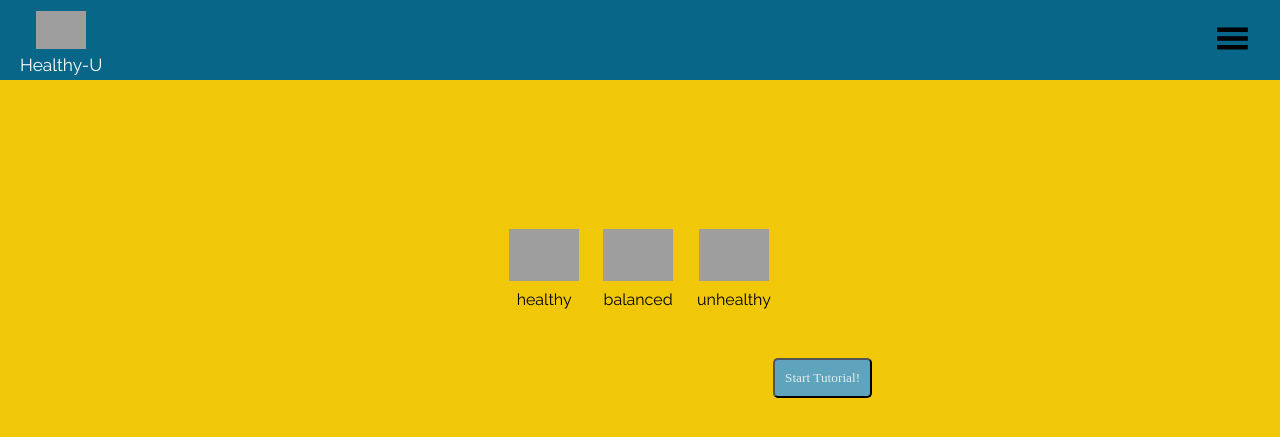
Repository: smashy09/healthy-share
Page: /InformationPage
The author's editor kept a copy of each file at every save. The page is drawn from the files as they stood at one save, then again after the next save.
The browser window is 1280 px wide. The pictures show the whole page.
Pictures or frames that could not be fetched are drawn as grey boxes. The project was rebuilt for these pictures with package versions that can differ from the ones it lists, and the page was loaded fresh each time. The framework's server and built-in components were replaced by stand-ins that run in the browser. Also part of the build but not shown: next.config.js.

Above is the page before, as saved 2020-05-14 23:50:49.

After the next save:
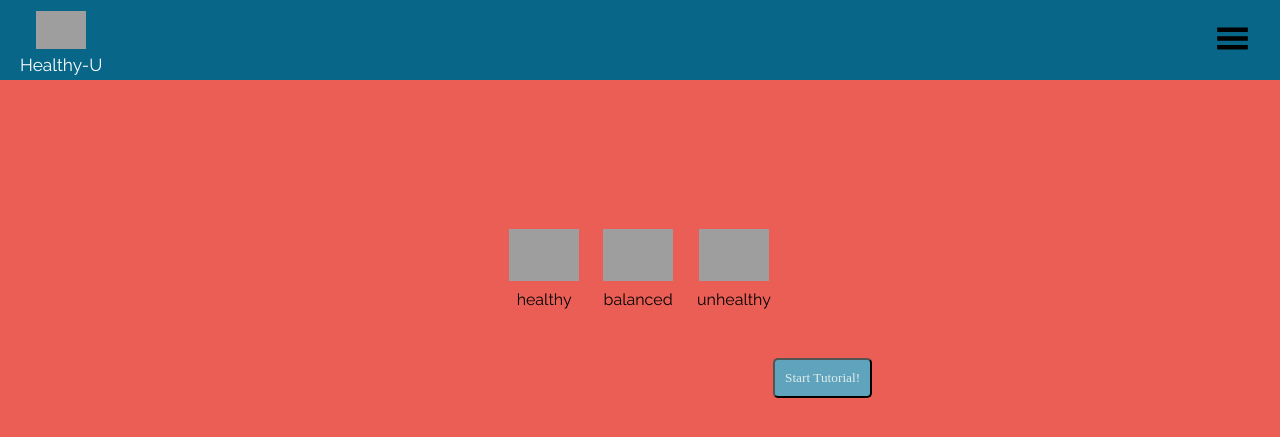
Saved 21 s later.
--- a/pages/InformationPage/info.css
+++ b/pages/InformationPage/info.css
@@ -1,5 +1,5 @@
 body {
-    background-color: #F0C808;
+    background-color: #EB5E55;
 }
 
 .All_info_page{
